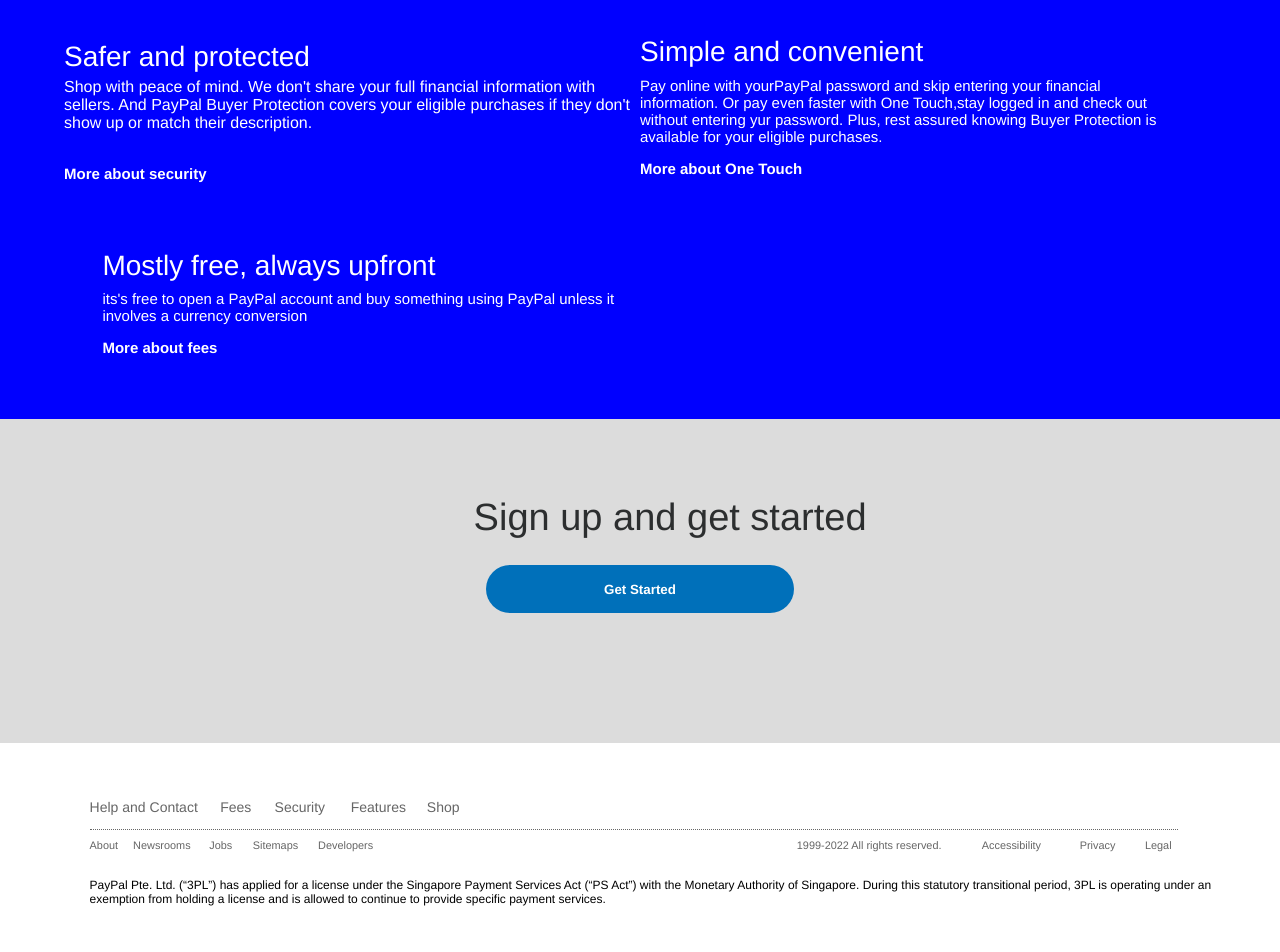
Repository: Jayeola3/Paypal
Page: ppal.html
The author's editor kept a copy of each file at every save. The page is drawn from the files as they stood at one save, then again after the next save.
The browser window is 1280 px wide. The pictures show the part of the page from y = 1741 to 2693 px (the page is 2693 px tall).
A picture or video elsewhere on the page could not be fetched, so the positions and the page height are approximate. Some web libraries are served in a nearby version.

Above is the page before, as saved 2022-06-21 04:51:31.

After the next save:
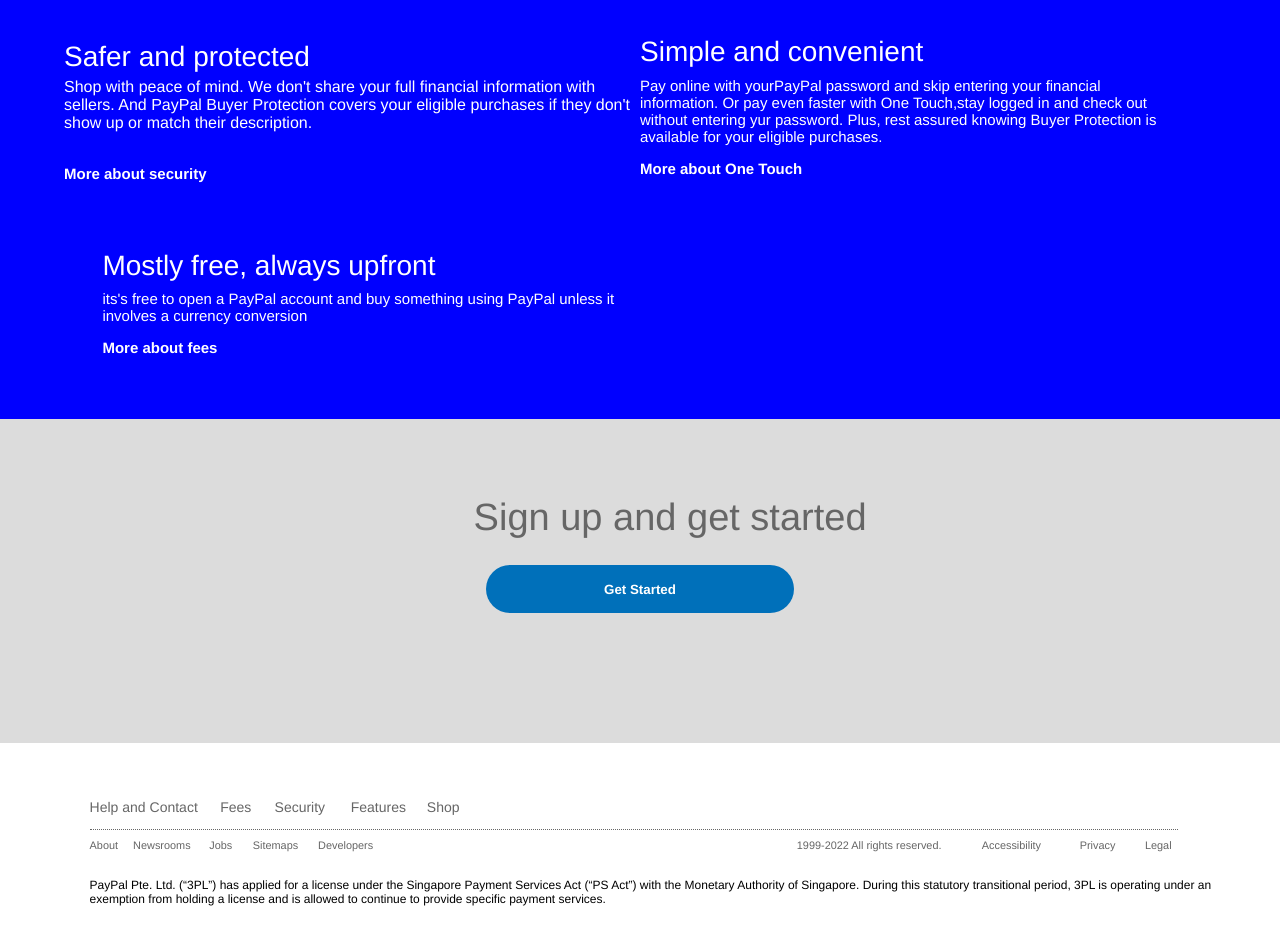
Saved 48 s later.
--- a/pay.css
+++ b/pay.css
@@ -430,7 +430,7 @@
     position:absolute;
     top: 14%;
     left: 37%;
-    color: #2c2e2f;
+    color: #666666;
     font-size: 38px;
     font-weight: 100;
 }

After the 2 saves that followed:
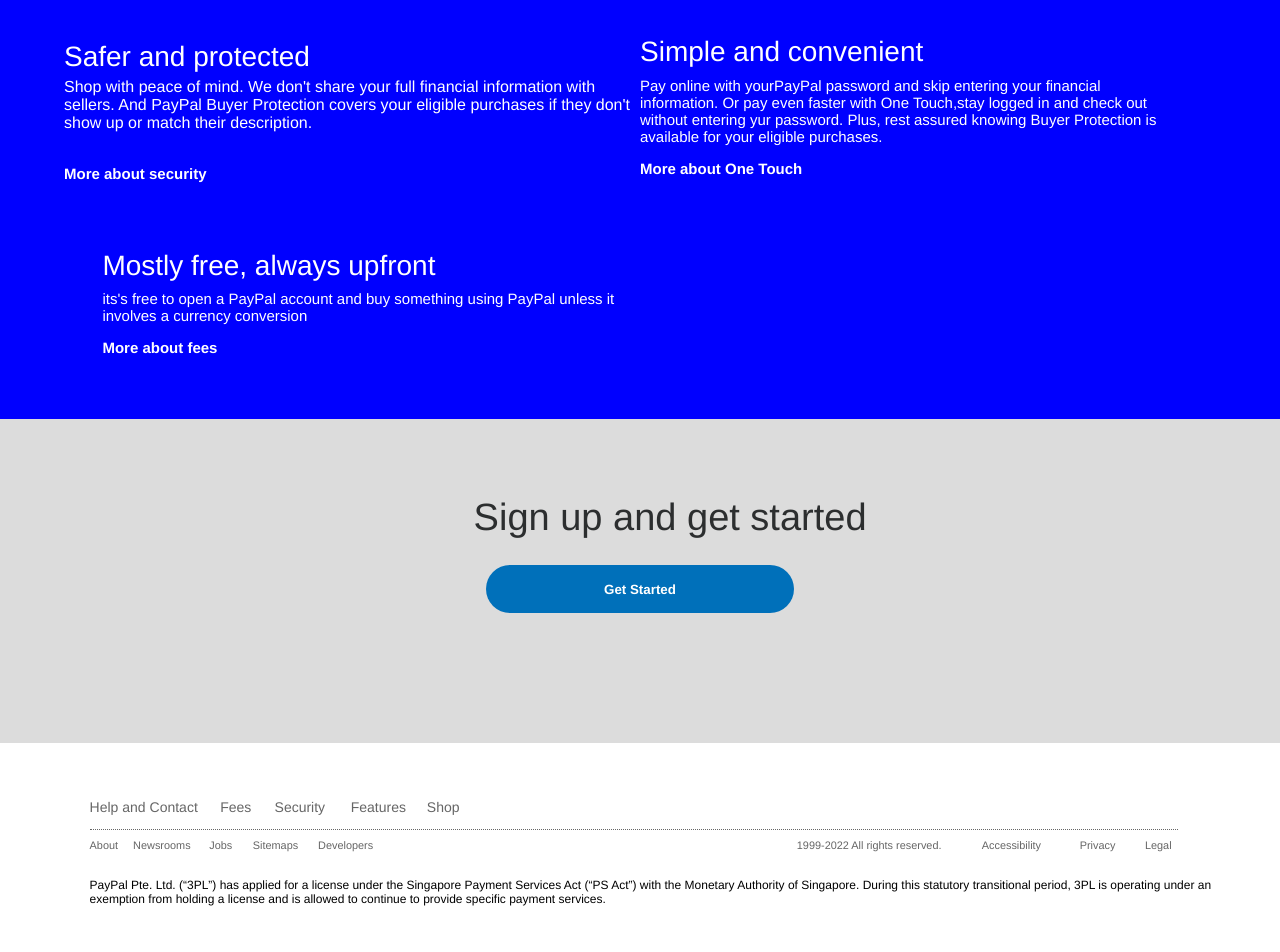
The 2 saves are shown as one change because 1 left the picture as it was.
The last was saved 84 s later.
--- a/pay.css
+++ b/pay.css
@@ -430,7 +430,7 @@
     position:absolute;
     top: 14%;
     left: 37%;
-    color: #666666;
+    color: #2c2e2f;
     font-size: 38px;
     font-weight: 100;
 }
